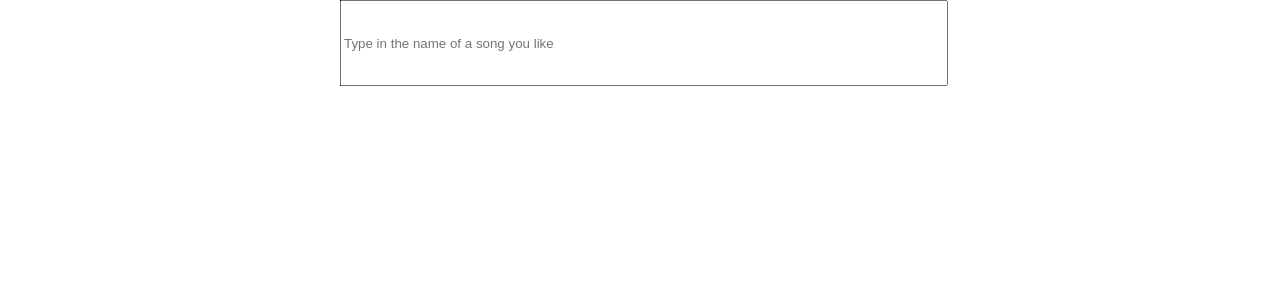
Repository: hideodaikoku/placy-jr
Page: /
An editor plug-in stored every save of this project. The page is shown before and after the next save, followed by the edit.
The browser window is 1280 px wide. The pictures show the whole page.
The project was rebuilt for these pictures with package versions that can differ from the ones it lists, and the page was loaded fresh each time.

Above is the page before, as saved 2020-03-02 02:52:47.

After the next save:
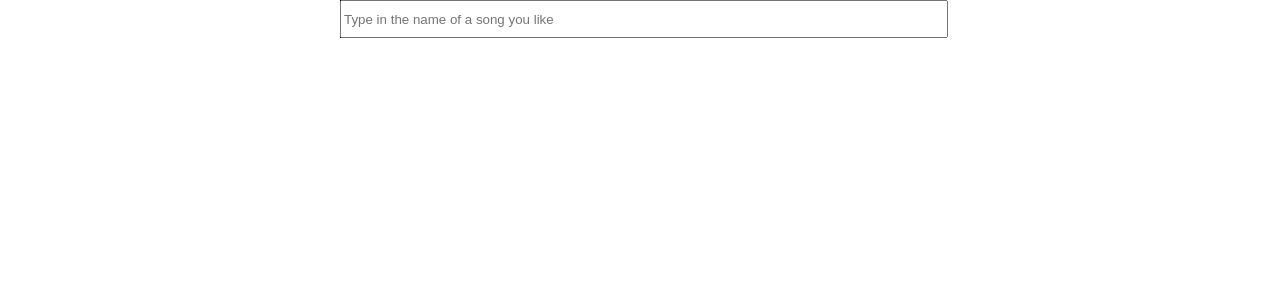
Saved 4 s later.
--- a/src/styles/search.module.css
+++ b/src/styles/search.module.css
@@ -1,4 +1,4 @@
 .input{
     width: 100%;
-    height: 5rem;
+    height: 2rem;
 }
